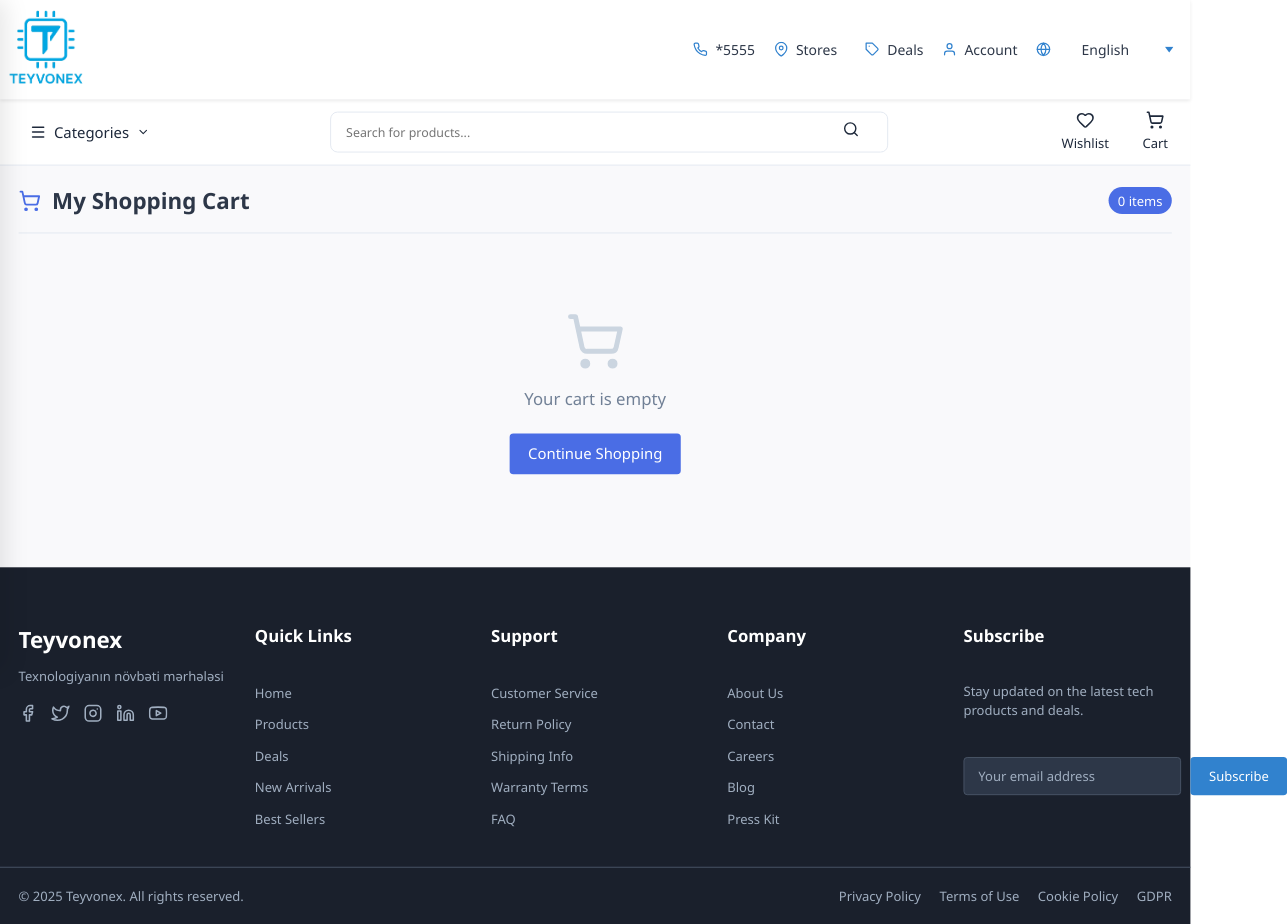
Repository: ferhadsultan98/e-commerce
Page: /shoppingcard
An editor plug-in stored every save of this project. The page is shown before and after a run of saves, followed by the edit.
The browser window is 1280 px wide. The page is 1384 px wide, so the pictures cover 1384 px, including what lies to the right of the window. The pictures show the whole page, at 93% of full size.
The project was rebuilt for these pictures with package versions that can differ from the ones it lists, and the page was loaded fresh each time. Also part of the build but not shown: vite.config.js, src/admin/Components/AdminLogin/AdminLogin.scss, src/admin/Components/AdminLogin/AdminLogin.jsx, src/client/Pages/Products/ProductCard.jsx, src/client/Pages/Products/Products.jsx, src/client/Styles/TechSlider.scss, src/client/Pages/TechSlider/TechSlider.jsx, src/client/Styles/ProductFeatures.scss and 35 more.

Above is the page before, as saved 2025-04-26 20:16:39.

### index.html
<!doctype html>
<html lang="en">
  <head>
    <meta charset="UTF-8" />
<link rel="shortcut icon" href="/src/client/Assets/bluelogo.png" type="image/x-icon">
    <meta name="viewport" content="width=device-width, initial-scale=1.0" />
    <title>Teyvonex</title>
  </head>
  <body>
    <div id="root"></div>
    <script type="module" src="/src/main.jsx"></script>
  </body>
</html>

### src/App.jsx
import React, { useState, useEffect } from "react";
import "./App.scss";
import Router from "./Router";
import ChatWidget from "./client/Components/Chat/ChatWidget";
import ScrollButton from "./client/Components/ScrollButton/ScrollButton";
import { ToastContainer } from "react-toastify";
import 'react-toastify/dist/ReactToastify.css';

function App() {
  const [isAuthenticated, setIsAuthenticated] = useState(
    sessionStorage.getItem("isAuthenticated") === "true"
  );
  const [isAdmin, setIsAdmin] = useState(
    sessionStorage.getItem("isAdmin") === "true"
  );

  useEffect(() => {
    sessionStorage.setItem("isAuthenticated", isAuthenticated.toString());
    sessionStorage.setItem("isAdmin", isAdmin.toString());
  }, [isAuthenticated, isAdmin]);

  const handleLogin = (admin = false) => {
    setIsAuthenticated(true);
    if (admin) {
      setIsAdmin(true);
    }
  };

  const handleLogout = () => {
    setIsAuthenticated(false);
    setIsAdmin(false);
    sessionStorage.removeItem("isAuthenticated");
    sessionStorage.removeItem("isAdmin");
  };

  return (
    <>
      <Router
        isAuthenticated={isAuthenticated}
        isAdmin={isAdmin}
        handleLogin={handleLogin}
        handleLogout={handleLogout}
      />

      <ScrollButton />
      <ToastContainer />
    </>
  );
}

export default App;

### src/App.scss
*{
  margin: 0;
  padding: 0;
  box-sizing: border-box;
  font-family: 'Segoe UI', Tahoma, Geneva, Verdana, sans-serif;
}
body{
  background-color: #f5f7fa;
}

### src/client/Components/ScrollButton/ScrollButton.jsx
import React, { useState, useEffect } from "react";
import "../../Styles/ScrollButton.scss";
import { FaChevronUp } from "react-icons/fa";

const ScrollButton = () => {
  const [isVisible, setIsVisible] = useState(false);

  // Butonun görünürlüğünü kontrol et
  useEffect(() => {
    const toggleVisibility = () => {
      if (window.pageYOffset > 300) {
        setIsVisible(true);
      } else {
        setIsVisible(false);
      }
    };

    window.addEventListener("scroll", toggleVisibility);
    return () => window.removeEventListener("scroll", toggleVisibility);
  }, []);

  const scrollToTop = () => {
    const scrollStep = (timestamp) => {
      const start = performance.now();
      const duration = 800; // Animasyon süresi (ms)
      const easeInOutQuad = (t) => (t < 0.5 ? 2 * t * t : -1 + (4 - 2 * t) * t);

      const step = () => {
        const progress = Math.min((performance.now() - start) / duration, 1);
        const easing = easeInOutQuad(progress);
        window.scrollTo(0, (1 - easing) * window.pageYOffset);

        if (progress < 1) {
          requestAnimationFrame(step);
        }
      };

      requestAnimationFrame(step);
    };

    requestAnimationFrame(scrollStep);
  };

  return (
    <>
      {isVisible && (
        <button className="scroll-to-top" onClick={scrollToTop}>
          <FaChevronUp />
        </button>
      )}
    </>
  );
};

export default ScrollButton;

### src/client/Components/Layout/Layout.jsx
// Layout.jsx
import React from 'react';
import TopHeader from '../Header/TopHeader';
import BottomHeader from '../Header/BottomHeader';
import Footer from '../Footer/Footer';

const Layout = ({ children, onLogout, wishlistItems, cartItems, onAddToWishlist, onAddToCart }) => {
  return (
    <>
      <TopHeader onLogout={onLogout} />
      <BottomHeader
        wishlistItems={wishlistItems}
        cartItems={cartItems}
        onAddToWishlist={onAddToWishlist}
        onAddToCart={onAddToCart}
      />
      {children}
      <Footer />
    </>
  );
};

export default Layout;

### src/client/Components/ScrollToTop/ScrollToTop.jsx
import { useEffect } from "react";
import { useLocation } from "react-router-dom";

function ScrollToTop() {
  const { pathname } = useLocation();

  useEffect(() => {
    window.scrollTo({
      top: "0",
      behavior: "smooth",
    });
  }, [pathname]);

  return null;
}

export default ScrollToTop;

### src/client/Components/Header/TopHeader.jsx
import React, { useState } from "react";
import { FiPhone, FiMapPin, FiTag, FiGlobe, FiUser, FiMenu, FiX } from "react-icons/fi";
import "../../Styles/TopHeader.scss"
import logo from "../../Assets/bluelogo.png";

const TopHeader = () => {
  const [language, setLanguage] = useState("en");
  const [isMobileMenuOpen, setIsMobileMenuOpen] = useState(false);

  const languages = {
    en: "English",
    az: "Azərbaycan",
    ru: "Русский",
  };

  const toggleMobileMenu = () => {
    setIsMobileMenuOpen(!isMobileMenuOpen);
  };

  return (
    <header className="header">
      <div className="headerContainer">
        {/* Logo */}
        <div className="headerLogo">
          <a href="/">
            <img src={logo} alt="TechTrend Logo" />
          </a>
        </div>

        {/* Desktop Navigation */}
        <nav className="headerNav">
          <div className="headerContact">
            <a href="tel:*5555" className="headerLink">
              <FiPhone size={16} />
              <span>*5555</span>
            </a>
            <a href="/stores" className="headerLink">
              <FiMapPin size={16} />
              <span>Stores</span>
            </a>
          </div>

          <div className="headerUtils">
            <a href="/deals" className="headerLink">
              <FiTag size={16} />
              <span>Deals</span>
            </a>
            <a href="/account" className="headerLink">
              <FiUser size={16} />
              <span>Account</span>
            </a>
            <div className="headerLanguage">
              <FiGlobe size={16} />
              <select
                value={language}
                onChange={(e) => setLanguage(e.target.value)}
              >
                {Object.entries(languages).map(([code, name]) => (
                  <option key={code} value={code}>
                    {name}
                  </option>
                ))}
              </select>
            </div>
          </div>
        </nav>

        {/* Mobile Menu Toggle */}
        <button className="headerMobileToggle" onClick={toggleMobileMenu}>
          {isMobileMenuOpen ? <FiX size={24} /> : <FiMenu size={24} />}
        </button>
      </div>

      {/* Mobile Navigation */}
      <nav className={`headerMobileNav ${isMobileMenuOpen ? "active" : ""}`}>
        <div className="headerMobileContact">
          <a href="tel:*5555" className="headerLink">
            <FiPhone size={16} />
            <span>*5555</span>
          </a>
          <a href="/stores" className="headerLink">
            <FiMapPin size={16} />
            <span>Stores</span>
          </a>
        </div>
        <div className="headerMobileUtils">
          <a href="/deals" className="headerLink">
            <FiTag size={16} />
            <span>Deals</span>
          </a>
          <a href="/account" className="headerLink">
            <FiUser size={16} />
            <span>Account</span>
          </a>
          <div className="headerLanguage">
            <FiGlobe size={16} />
            <select
              value={language}
              onChange={(e) => setLanguage(e.target.value)}
            >
              {Object.entries(languages).map(([code, name]) => (
                <option key={code} value={code}>
                  {name}
                </option>
              ))}
            </select>
          </div>
        </div>
      </nav>
    </header>
  );
};

export default TopHeader;

### src/client/Components/Footer/Footer.jsx
import React, { useState, useEffect } from "react";
import { FiFacebook, FiTwitter, FiInstagram, FiLinkedin, FiYoutube } from "react-icons/fi";
import "../../Styles/Footer.scss";

const Footer = () => {
  const [email, setEmail] = useState("");
  const [subscribeStatus, setSubscribeStatus] = useState(null);
  const [currentYear, setCurrentYear] = useState(new Date().getFullYear());

  const handleEmailChange = (e) => {
    setEmail(e.target.value);
  };

  const handleSubmit = (e) => {
    e.preventDefault();
    if (validateEmail(email)) {
      setSubscribeStatus("success");
      setEmail("");
      setTimeout(() => {
        setSubscribeStatus(null);
      }, 3000);
    } else {
      setSubscribeStatus("error");
    }
  };

  const validateEmail = (email) => {
    const re =
      /^(([^<>()[\]\\.,;:\s@"]+(\.[^<>()[\]\\.,;:\s@"]+)*)|(".+"))@((\[[0-9]{1,3}\.[0-9]{1,3}\.[0-9]{1,3}\.[0-9]{1,3}\])|(([a-zA-Z\-0-9]+\.)+[a-zA-Z]{2,}))$/;
    return re.test(String(email).toLowerCase());
  };

  useEffect(() => {
    setCurrentYear(new Date().getFullYear());
  }, []);

  return (
    <footer className="footerWrapper">
      <div className="footerTop">
        <div className="footerContainer">
          <div className="footerColumn">
            <div className="footerLogo">
              <h2>Teyvonex</h2>
              <p>Texnologiyanın növbəti mərhələsi</p>
            </div>
            <div className="footerSocial">
              <a href="#" className="socialIcon">
                <FiFacebook size={20} />
              </a>
              <a href="#" className="socialIcon">
                <FiTwitter size={20} />
              </a>
              <a href="#" className="socialIcon">
                <FiInstagram size={20} />
              </a>
              <a href="#" className="socialIcon">
                <FiLinkedin size={20} />
              </a>
              <a href="#" className="socialIcon">
                <FiYoutube size={20} />
              </a>
            </div>
          </div>

          <div className="footerColumn">
            <h3>Quick Links</h3>
            <ul className="footerLinks">
              <li>
                <a href="#">Home</a>
              </li>
              <li>
                <a href="#">Products</a>
              </li>
              <li>
                <a href="#">Deals</a>
              </li>
              <li>
                <a href="#">New Arrivals</a>
              </li>
              <li>
                <a href="#">Best Sellers</a>
              </li>
            </ul>
          </div>

          <div className="footerColumn">
            <h3>Support</h3>
            <ul className="footerLinks">
              <li>
                <a href="#">Customer Service</a>
              </li>
              <li>
                <a href="#">Return Policy</a>
              </li>
              <li>
                <a href="#">Shipping Info</a>
              </li>
              <li>
                <a href="#">Warranty Terms</a>
              </li>
              <li>
                <a href="#">FAQ</a>
              </li>
            </ul>
          </div>

          <div className="footerColumn">
            <h3>Company</h3>
            <ul className="footerLinks">
              <li>
                <a href="#">About Us</a>
              </li>
              <li>
                <a href="#">Contact</a>
              </li>
              <li>
                <a href="#">Careers</a>
              </li>
              <li>
                <a href="#">Blog</a>
              </li>
              <li>
                <a href="#">Press Kit</a>
              </li>
            </ul>
          </div>

          <div className="footerColumn subscribeColumn">
            <h3>Subscribe</h3>
            <p>Stay updated on the latest tech products and deals.</p>
            <div className="subscribeForm" onSubmit={handleSubmit}>
              <div className="inputGroup">
                <input
                  type="email"
                  placeholder="Your email address"
                  value={email}
                  onChange={handleEmailChange}
                  className={subscribeStatus === "error" ? "inputError" : ""}
                />
                <button type="submit" className="subscribeButton">
                  <span>Subscribe</span>
                </button>
              </div>
              {subscribeStatus === "success" && (
                <div className="statusMessage successMessage">
                  Thanks for subscribing!
                </div>
              )}
              {subscribeStatus === "error" && (
                <div className="statusMessage errorMessage">
                  Please enter a valid email address.
                </div>
              )}
            </div>
          </div>
        </div>
      </div>

      <div className="footerBottom">
        <div className="footerContainer">
          <div className="footerCopyright">
            <p>© {currentYear} Teyvonex. All rights reserved.</p>
          </div>
          <div className="footerLegal">
            <a href="#">Privacy Policy</a>
            <a href="#">Terms of Use</a>
            <a href="#">Cookie Policy</a>
            <a href="#">GDPR</a>
          </div>
        </div>
      </div>
    </footer>
  );
};

export default Footer;

### src/admin/Components/AdminLayout/AdminLayout.scss
// AdminLayout.scss
@import url("https://fonts.googleapis.com/css2?family=Poppins:wght@300;400;500;600;700&display=swap");
@import url("https://fonts.googleapis.com/icon?family=Material+Icons");

// Değişkenler
$primary-color: #3366ff;
$background-color: #f5f7fb;
$transition: all 0.3s ease;
$sidebar-width: 260px;
$sidebar-closed-width: 70px;

.admin-layout {
  display: flex;
  height: 100vh;
  position: relative;
}

.content-area {
  flex: 1;
  margin-left: $sidebar-width;
  transition: $transition;
  overflow-y: auto;
  padding: 20px;

  &.expanded {
    margin-left: $sidebar-closed-width;
  }
}

@media (max-width: 992px) {
  .content-area {
    margin-left: $sidebar-closed-width;

    &.expanded {
      margin-left: 0;
    }
  }
}

### src/client/Styles/TopHeader.scss
.header {
  width: 100%;
  top: 0;
  background-color: #ffffff;
  box-shadow: 0 2px 4px rgba(0, 0, 0, 0.1);
  position: relative;
}

.headerContainer {
padding: 0 35px;
  margin: 0 auto;
  padding: 10px;
  display: flex;
  align-items: center;
  justify-content: space-between;
}

.headerLogo {
  display: flex;
  align-items: center;
  width: 80px;

  a {
    display: block;
  }

  img {
    width: 100%;
    height: auto;
    padding: 0;
  }
}

.headerNav {
  display: flex;
  align-items: center;
  gap: 30px;

  @media screen and (max-width: 992px) {
    display: none;
  }
}

.headerContact,
.headerUtils,
.headerMobileContact,
.headerMobileUtils {
  display: flex;
  align-items: center;
  gap: 20px;
}

.headerLink {
  display: flex;
  align-items: center;
  gap: 8px;
  color: #2d3748;
  text-decoration: none;
  font-size: 15px;
  font-weight: 500;
  transition: color 0.3s ease;

  svg {
    color: #3182ce;
  }

  &:hover {
    color: #3182ce;
  }
}

.headerLanguage {
  display: flex;
  align-items: center;
  gap: 8px;
  position: relative;

  svg {
    color: #3182ce;
    z-index: 1;
  }

  select {
    appearance: none;
    background-color: transparent;
    border: none;
    padding: 5px 25px 5px 25px;
    font-size: 15px;
    font-weight: 500;
    color: #2d3748;
    cursor: pointer;
    outline: none;

    &:focus {
      color: #3182ce;
    }
  }

  &::after {
    content: "";
    width: 0.6em;
    height: 0.4em;
    background-color: #3182ce;
    clip-path: polygon(100% 0%, 0 0%, 50% 100%);
    position: absolute;
    right: 8px;
    pointer-events: none;
  }
}

.headerMobileToggle {
  display: none;
  background: none;
  border: none;
  cursor: pointer;
  color: #2d3748;

  @media screen and (max-width: 992px) {
    display: block;
  }
}

.headerMobileNav {
  display: flex;
  opacity: 0;
  transform: translateY(-20px);
  pointer-events: none;
  background-color: #ffffff;
  padding: 20px;
  flex-direction: column;
  gap: 20px;
  box-shadow: 0 4px 6px rgba(0, 0, 0, 0.1);
  transition: opacity 0.3s ease, transform 0.3s ease;
  position: absolute;
  top: 100%;
  left: 0;
  right: 0;
  z-index: 1000;

  &.active {
    opacity: 1;
    transform: translateY(0);
    pointer-events: auto;
  }

  @media screen and (min-width: 993px) {
    display: none;
  }
}

/* Responsive Styles */
@media screen and (max-width: 768px) {
  .headerContainer {
    padding: 10px 15px;
  }

  .headerLogo img {
    width: 50px;
  }

  .headerMobileNav {
    padding: 15px;
  }

  .headerLink {
    font-size: 14px;
  }
}

@media screen and (max-width: 576px) {
  .headerLogo img {
    width: 45px;
  }

  .headerMobileContact,
  .headerMobileUtils {
    flex-direction: column;
    align-items: flex-start;
    gap: 15px;
  }

  .headerLink {
    font-size: 13px;
  }

  .headerLanguage select {
    font-size: 13px;
  }
}

### src/client/Styles/Footer.scss
.footerWrapper {
    background-color: #1a202c;
    color: #e2e8f0;
    font-family: "Inter", sans-serif;
    padding-top: 60px;
  }

  .footerContainer {
    max-width: 1280px;
    margin: 0 auto;
    padding: 0 20px;
  }

  .footerTop {
    border-bottom: 1px solid #4a5568;
    padding-bottom: 40px;
  }

  .footerTop .footerContainer {
    display: grid;
    grid-template-columns: repeat(auto-fit, minmax(200px, 1fr));
    gap: 30px;
  }

  .footerColumn {
    display: flex;
    flex-direction: column;
    gap: 20px;
  }

  .footerLogo {
    h2 {
      font-size: 24px;
      font-weight: 700;
      color: #ffffff;
      margin-bottom: 10px;
    }

    p {
      font-size: 14px;
      color: #a0aec0;
    }
  }

  .footerSocial {
    display: flex;
    gap: 15px;

    .socialIcon {
      color: #a0aec0;
      transition: color 0.3s ease;

      &:hover {
        color: #3182ce;
      }
    }
  }

  .footerColumn h3 {
    font-size: 18px;
    font-weight: 600;
    color: #ffffff;
    margin-bottom: 15px;
  }

  .footerLinks {
    list-style: none;
    padding: 0;
    margin: 0;
    display: flex;
    flex-direction: column;
    gap: 10px;

    li {
      a {
        color: #a0aec0;
        text-decoration: none;
        font-size: 14px;
        transition: color 0.3s ease;

        &:hover {
          color: #3182ce;
        }
      }
    }
  }

  .subscribeColumn {
    max-width: 300px;

    p {
      font-size: 14px;
      color: #a0aec0;
      margin-bottom: 20px;
    }
  }

  .subscribeForm {
    display: flex;
    flex-direction: column;
    gap: 10px;
  }

  .inputGroup {
    display: flex;
    gap: 10px;
  }

  .subscribeForm input {
    flex: 1;
    padding: 10px 15px;
    border: 1px solid #4a5568;
    background-color: #2d3748;
    color: #e2e8f0;
    border-radius: 4px;
    font-size: 14px;
    outline: none;

    &::placeholder {
      color: #a0aec0;
    }

    &.inputError {
      border-color: #e53e3e;
    }
  }

  .subscribeButton {
    padding: 10px 20px;
    background-color: #3182ce;
    border: none;
    border-radius: 4px;
    color: #ffffff;
    font-size: 14px;
    font-weight: 500;
    cursor: pointer;
    transition: background-color 0.3s ease;

    &:hover {
      background-color: #2b6cb0;
    }
  }

  .statusMessage {
    font-size: 13px;
    padding: 8px;
    border-radius: 4px;
    text-align: center;

    &.successMessage {
      background-color: #2f855a;
      color: #ffffff;
    }

    &.errorMessage {
      background-color: #e53e3e;
      color: #ffffff;
    }
  }

  .footerBottom {
    padding: 20px 0;
    font-size: 14px;
  }

  .footerBottom .footerContainer {
    display: flex;
    justify-content: space-between;
    align-items: center;
    flex-wrap: wrap;
    gap: 20px;
  }

  .footerCopyright {
    color: #a0aec0;
  }

  .footerLegal {
    display: flex;
    gap: 20px;

    a {
      color: #a0aec0;
      text-decoration: none;
      transition: color 0.3s ease;

      &:hover {
        color: #3182ce;
      }
    }
  }

  /* Responsive Styles */
  @media screen and (max-width: 992px) {
    .footerTop .footerContainer {
      grid-template-columns: repeat(auto-fit, minmax(180px, 1fr));
    }

    .subscribeColumn {
      max-width: 100%;
    }
  }

  @media screen and (max-width: 768px) {
    .footerWrapper {
      padding-top: 40px;
    }

    .footerTop {
      padding-bottom: 30px;
    }

    .footerTop .footerContainer {
      gap: 20px;
    }

    .footerLogo h2 {
      font-size: 20px;
    }

    .footerColumn h3 {
      font-size: 16px;
    }

    .footerLinks li a {
      font-size: 13px;
    }

    .subscribeForm input,
    .subscribeButton {
      font-size: 13px;
    }
  }

  @media screen and (max-width: 576px) {
    .footerBottom .footerContainer {
      flex-direction: column;
      align-items: flex-start;
    }

    .footerLegal {
      flex-direction: column;
      gap: 10px;
    }

    .inputGroup {
      flex-direction: column;
    }

    .subscribeButton {
      width: 100%;
      text-align: center;
    }
  }

Loaded but not shown: src/main.jsx (common file); src/index.css (common file); src/client/Pages/Products/Products.json (1077 lines, source omitted); src/client/Styles/BottomHeader.scss (492 lines, source omitted); src/client/Components/Header/BottomHeader.jsx (274 lines, source omitted); src/Router.jsx (292 lines, source omitted); src/client/Styles/Products.scss (474 lines, source omitted); src/client/Pages/ShoppingCard/ShoppingCard.jsx (232 lines, source omitted); src/admin/Pages/AdminProducts/AdminProducts.scss (400 lines, source omitted); src/client/Styles/ShoppingCard.scss (374 lines, source omitted)

After the next 3 saves:
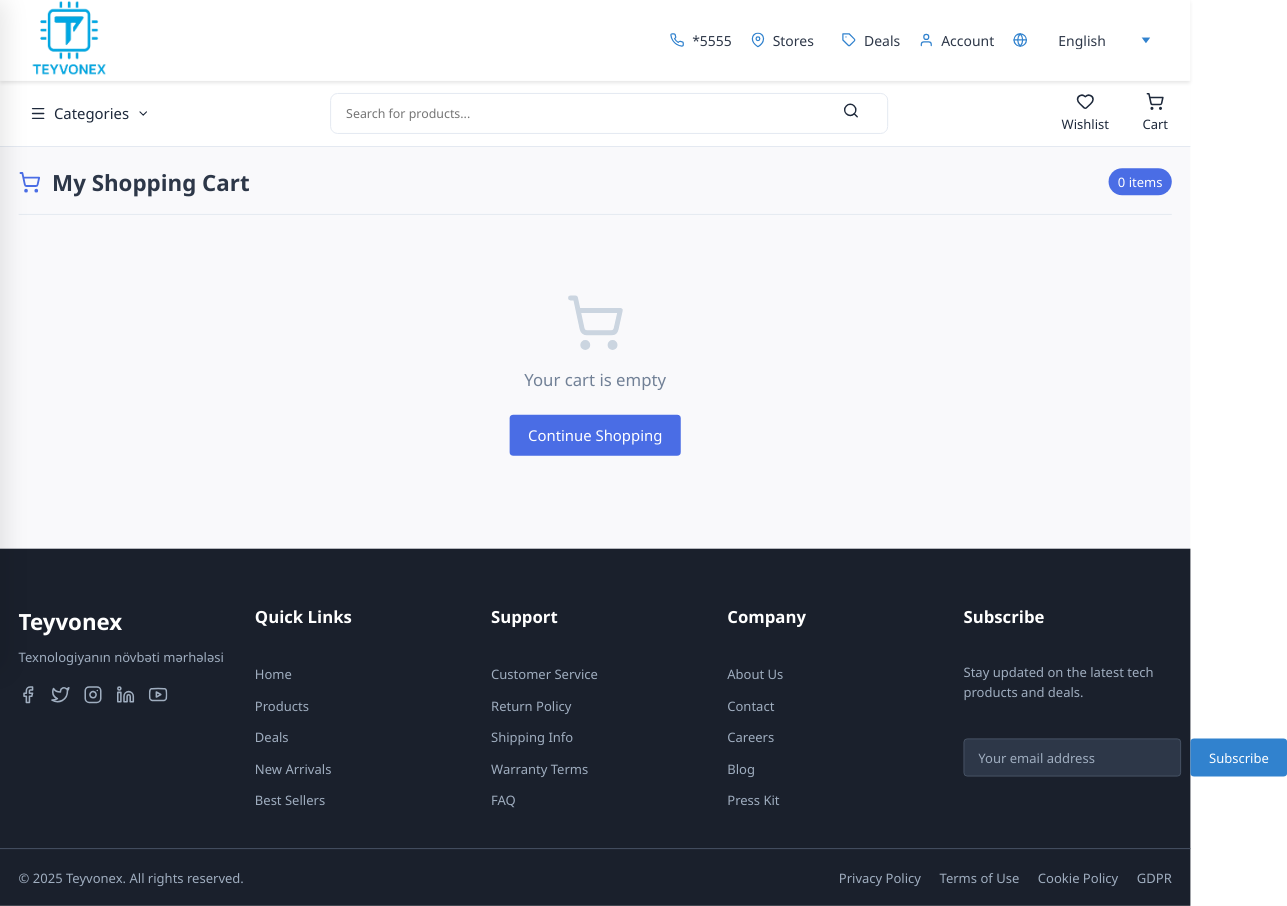
The 3 saves are shown as one change because they came seconds apart.
The last was saved 15 s later.
--- a/src/client/Styles/TopHeader.scss
+++ b/src/client/Styles/TopHeader.scss
@@ -7,12 +7,11 @@
 }
 
 .headerContainer {
-padding: 0 35px;
   margin: 0 auto;
-  padding: 10px;
   display: flex;
   align-items: center;
   justify-content: space-between;
+  padding: 0 35px;
 }
 
 .headerLogo {
